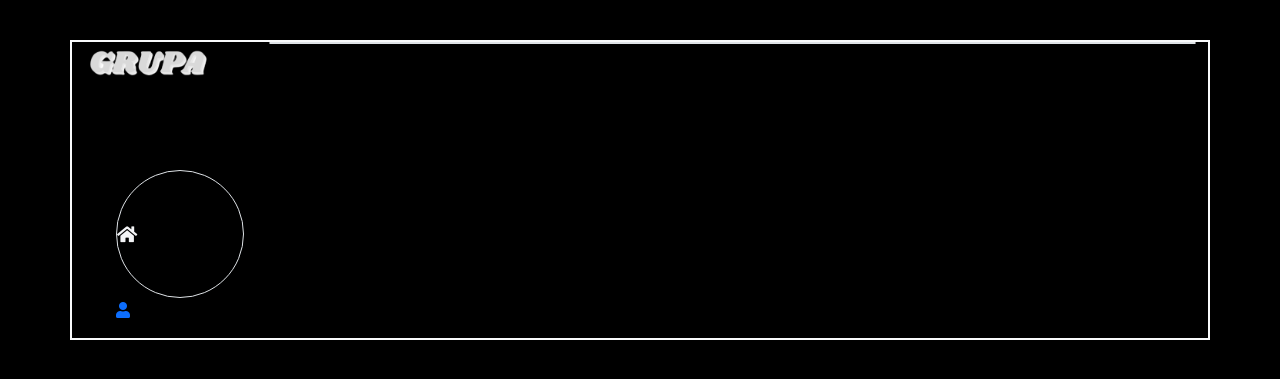
Repository: latenightsnacc/urban-pancake
Page: index.html
The author's editor kept a copy of each file at every save. The page is drawn from the files as they stood at one save, then again after the next save.
The browser window is 1280 px wide. The pictures show the whole page.
Some web libraries are served in a nearby version.

Above is the page before, as saved 2021-04-30 14:33:14.

After the next save:
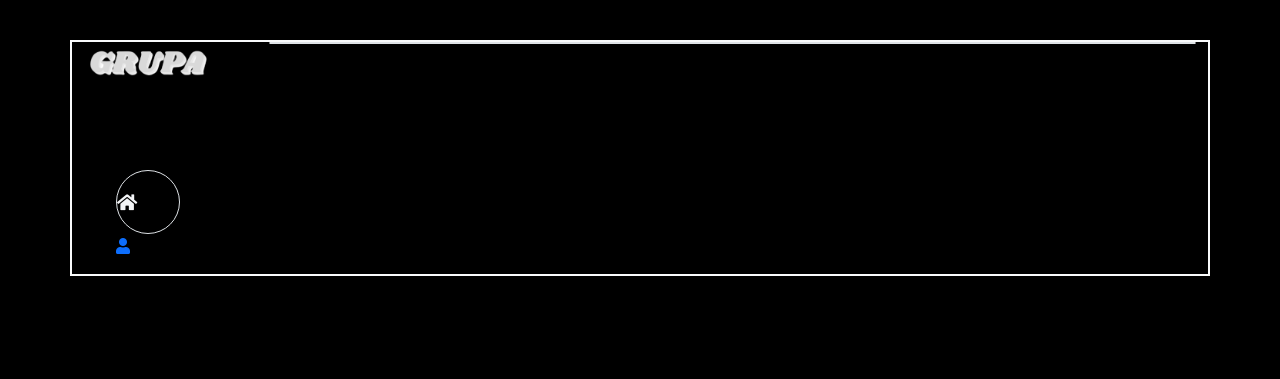
Saved 44 s later.
--- a/index.html
+++ b/index.html
@@ -28,7 +28,7 @@
                 </a>
                 <ul class="flex flex-col">
                     <li class="mr-5">
-                        <a href="index.html" class="flex flex-row items-center text-lg border border-gray-100 rounded-full h-32 w-32 text-gray-100 no-underline">
+                        <a href="index.html" class="flex flex-row items-center text-lg border border-gray-100 rounded-full h-16 w-16 text-gray-100 no-underline">
                             <i class="fas fa-home"></i>
                             <!-- <span class="ml-2 hidden md:block capitalize text-sm">home</span> -->
                         </a>
